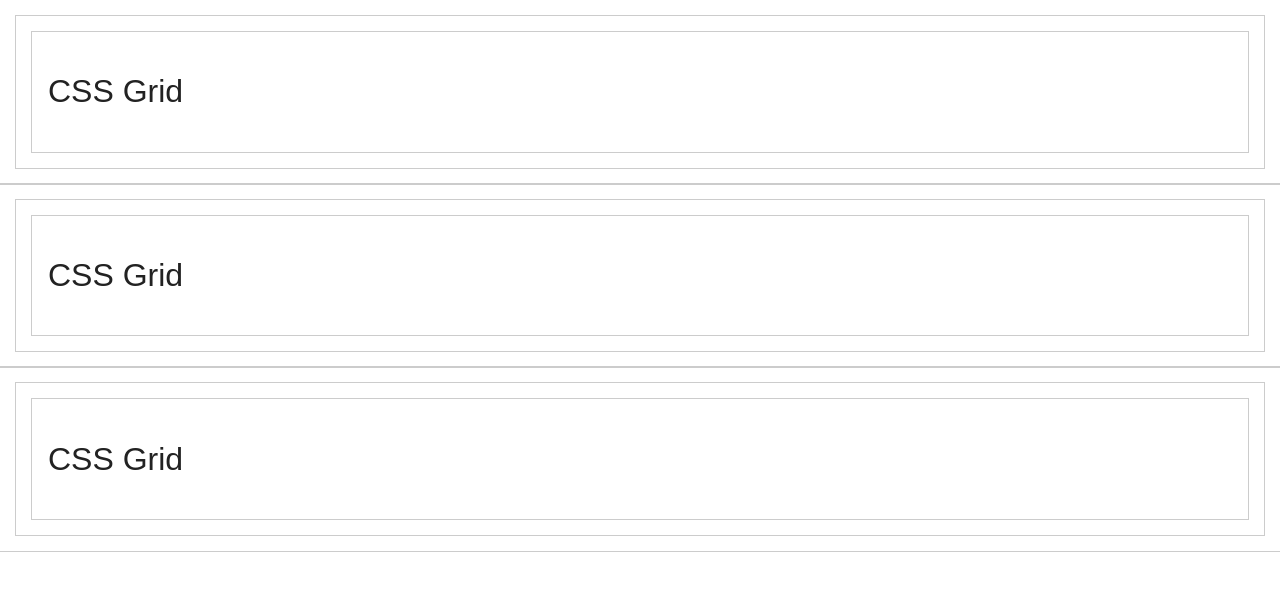
Repository: anoncoderin/madhu_kushal_html_layout
Page: metrosite_week4hw/index.html
These files come from the project's save history. The page is drawn as it stood at one moment and after a run of saves; the edit follows.
The browser window is 1280 px wide. The pictures show the whole page.

Above is the page before, as saved 2023-01-27 22:48:41.

### metrosite_week4hw/index.html
<!doctype html>
<html class="no-js" lang="EN">

<head>
  <meta charset="utf-8">
  <title>Metrolics</title>
  <meta name="description" content="Some demo test website">
  <meta name="viewport" content="width=device-width, initial-scale=1">

  <meta property="og:title" content="">
  <meta property="og:type" content="">
  <meta property="og:url" content="">
  <meta property="og:image" content="">

  <link rel="manifest" href="site.webmanifest">
  <link rel="apple-touch-icon" href="icon.png">
  <!-- Place favicon.ico in the root directory -->

  <link rel="stylesheet" href="css/normalize.css">
  <link rel="stylesheet" href="css/main.css">

  <meta name="theme-color" content="#fafafa">
</head>

<body>


  <script src="js/vendor/modernizr-3.11.2.min.js"></script>
  <script src="js/plugins.js"></script>
  <script src="js/main.js"></script>

  <!-- Google Analytics: change UA-XXXXX-Y to be your site's ID. -->
  <script>
    window.ga = function () { ga.q.push(arguments) }; ga.q = []; ga.l = +new Date;
    ga('create', 'UA-XXXXX-Y', 'auto'); ga('set', 'anonymizeIp', true); ga('set', 'transport', 'beacon'); ga('send', 'pageview')
  </script>
  <script src="https://www.google-analytics.com/analytics.js" async></script>

  <script src="js/vendor/modernizr-3.11.2.min.js"></script>
  <script src="js/plugins.js"></script>
  <script src="js/main.js"></script>

  <!-- Google Analytics: change UA-XXXXX-Y to be your site's ID. -->
  <script>
    window.ga = function () { ga.q.push(arguments) }; ga.q = []; ga.l = +new Date;
    ga('create', 'UA-XXXXX-Y', 'auto'); ga('set', 'anonymizeIp', true); ga('set', 'transport', 'beacon'); ga('send', 'pageview')
  </script>
  <script src="https://www.google-analytics.com/analytics.js" async></script>





  <header class="">
    <div class="">
      <div class="">
        <h1>CSS Grid</h1>
      </div>
    </div>

  </header>



  <section>

    <div class="">
      <div class="">
        <h1>CSS Grid</h1>
      </div>
    </div>


  </section>


  <footer>
    <div class="">
      <div class="">
        <h1>CSS Grid</h1>
      </div>
    </div>

  </footer>









</body>

</html>

### metrosite_week4hw/css/main.css
/*! HTML5 Boilerplate v8.0.0 | MIT License | https://html5boilerplate.com/ */

/* main.css 2.1.0 | MIT License | https://github.com/h5bp/main.css#readme */
/*
 * What follows is the result of much research on cross-browser styling.
 * Credit left inline and big thanks to Nicolas Gallagher, Jonathan Neal,
 * Kroc Camen, and the H5BP dev community and team.
 */

/* ==========================================================================
   Base styles: opinionated defaults
   ========================================================================== */

html {
  color: #222;
  font-size: 1em;
  line-height: 1.4;
}

/*
 * Remove text-shadow in selection highlight:
 * https://twitter.com/miketaylr/status/12228805301
 *
 * Vendor-prefixed and regular ::selection selectors cannot be combined:
 * https://stackoverflow.com/a/16982510/7133471
 *
 * Customize the background color to match your design.
 */

::-moz-selection {
  background: #b3d4fc;
  text-shadow: none;
}

::selection {
  background: #b3d4fc;
  text-shadow: none;
}

div,
main,
header,
section,
footer{
  outline: 1px solid #ccc;
  min-height: 1rem;
  padding: 1rem;
}

*,


h1,
h2,
h3,
h4,
h5,
h6 {
  font-family:Arial, Helvetica, sans-serif;
  font-weight: 300;
}

p{
  font-family:Arial, Helvetica, sans-serif;
}

/*
 * A better looking default horizontal rule
 */

hr {
  display: block;
  height: 1px;
  border: 0;
  border-top: 1px solid #ccc;
  margin: 1em 0;
  padding: 0;
}

/*
 * Remove the gap between audio, canvas, iframes,
 * images, videos and the bottom of their containers:
 * https://github.com/h5bp/html5-boilerplate/issues/440
 */

audio,
canvas,
iframe,
img,
svg,
video {
  vertical-align: middle;
}

/*
 * Remove default fieldset styles.
 */

fieldset {
  border: 0;
  margin: 0;
  padding: 0;
}

/*
 * Allow only vertical resizing of textareas.
 */

textarea {
  resize: vertical;
}

/* ==========================================================================
   Author's custom styles
   ========================================================================== */

/* ==========================================================================
   Helper classes
   ========================================================================== */

/*
 * Hide visually and from screen readers
 */

.hidden,
[hidden] {
  display: none !important;
}

/*
 * Hide only visually, but have it available for screen readers:
 * https://snook.ca/archives/html_and_css/hiding-content-for-accessibility
 *
 * 1. For long content, line feeds are not interpreted as spaces and small width
 *    causes content to wrap 1 word per line:
 *    https://medium.com/@jessebeach/beware-smushed-off-screen-accessible-text-5952a4c2cbfe
 */

.sr-only {
  border: 0;
  clip: rect(0, 0, 0, 0);
  height: 1px;
  margin: -1px;
  overflow: hidden;
  padding: 0;
  position: absolute;
  white-space: nowrap;
  width: 1px;
  /* 1 */
}

/*
 * Extends the .sr-only class to allow the element
 * to be focusable when navigated to via the keyboard:
 * https://www.drupal.org/node/897638
 */

.sr-only.focusable:active,
.sr-only.focusable:focus {
  clip: auto;
  height: auto;
  margin: 0;
  overflow: visible;
  position: static;
  white-space: inherit;
  width: auto;
}

/*
 * Hide visually and from screen readers, but maintain layout
 */

.invisible {
  visibility: hidden;
}

/*
 * Clearfix: contain floats
 *
 * For modern browsers
 * 1. The space content is one way to avoid an Opera bug when the
 *    `contenteditable` attribute is included anywhere else in the document.
 *    Otherwise it causes space to appear at the top and bottom of elements
 *    that receive the `clearfix` class.
 * 2. The use of `table` rather than `block` is only necessary if using
 *    `:before` to contain the top-margins of child elements.
 */

.clearfix::before,
.clearfix::after {
  content: " ";
  display: table;
}

.clearfix::after {
  clear: both;
}

/* ==========================================================================
   EXAMPLE Media Queries for Responsive Design.
   These examples override the primary ('mobile first') styles.
   Modify as content requires.
   ========================================================================== */

@media only screen and (min-width: 35em) {
  /* Style adjustments for viewports that meet the condition */
}

@media print,
  (-webkit-min-device-pixel-ratio: 1.25),
  (min-resolution: 1.25dppx),
  (min-resolution: 120dpi) {
  /* Style adjustments for high resolution devices */
}

/* ==========================================================================
   Print styles.
   Inlined to avoid the additional HTTP request:
   https://www.phpied.com/delay-loading-your-print-css/
   ========================================================================== */

@media print {
  *,
  *::before,
  *::after {
    background: #fff !important;
    color: #000 !important;
    /* Black prints faster */
    box-shadow: none !important;
    text-shadow: none !important;
  }

  a,
  a:visited {
    text-decoration: underline;
  }

  a[href]::after {
    content: " (" attr(href) ")";
  }

  abbr[title]::after {
    content: " (" attr(title) ")";
  }

  /*
   * Don't show links that are fragment identifiers,
   * or use the `javascript:` pseudo protocol
   */
  a[href^="#"]::after,
  a[href^="javascript:"]::after {
    content: "";
  }

  pre {
    white-space: pre-wrap !important;
  }

  pre,
  blockquote {
    border: 1px solid #999;
    page-break-inside: avoid;
  }

  /*
   * Printing Tables:
   * https://web.archive.org/web/20180815150934/http://css-discuss.incutio.com/wiki/Printing_Tables
   */
  thead {
    display: table-header-group;
  }

  tr,
  img {
    page-break-inside: avoid;
  }

  p,
  h2,
  h3 {
    orphans: 3;
    widows: 3;
  }

  h2,
  h3 {
    page-break-after: avoid;
  }
}

### metrosite_week4hw/js/plugins.js
// Avoid `console` errors in browsers that lack a console.
(function() {
  var method;
  var noop = function () {};
  var methods = [
    'assert', 'clear', 'count', 'debug', 'dir', 'dirxml', 'error',
    'exception', 'group', 'groupCollapsed', 'groupEnd', 'info', 'log',
    'markTimeline', 'profile', 'profileEnd', 'table', 'time', 'timeEnd',
    'timeline', 'timelineEnd', 'timeStamp', 'trace', 'warn'
  ];
  var length = methods.length;
  var console = (window.console = window.console || {});

  while (length--) {
    method = methods[length];

    // Only stub undefined methods.
    if (!console[method]) {
      console[method] = noop;
    }
  }
}());

// Place any jQuery/helper plugins in here.

Loaded but not shown: metrosite_week4hw/css/normalize.css (library); metrosite_week4hw/js/vendor/modernizr-3.11.2.min.js (library); metrosite_week4hw/js/main.js (no stored copy; drawn as an empty file)

After the next 4 saves:
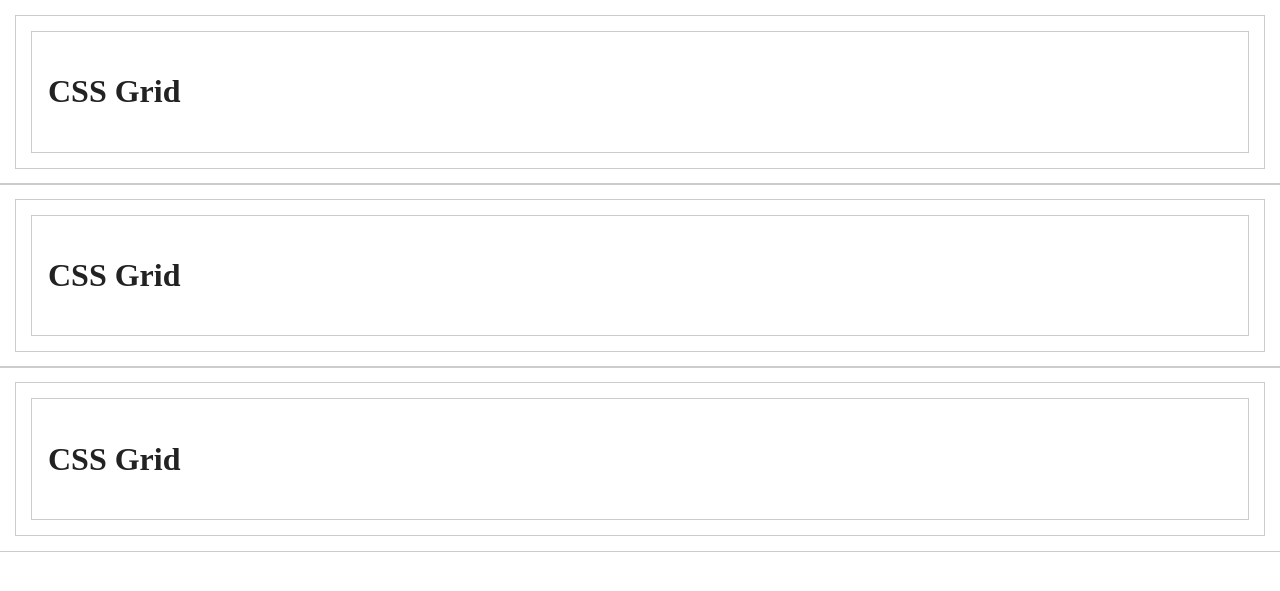
The 4 saves are shown as one change because they came seconds apart.
The last was saved 36 s later.
--- a/metrosite_week4hw/css/main.css
+++ b/metrosite_week4hw/css/main.css
@@ -48,6 +48,7 @@
 }
 
 *,
+*::before;
 
 
 h1,

After the 6 saves that followed:
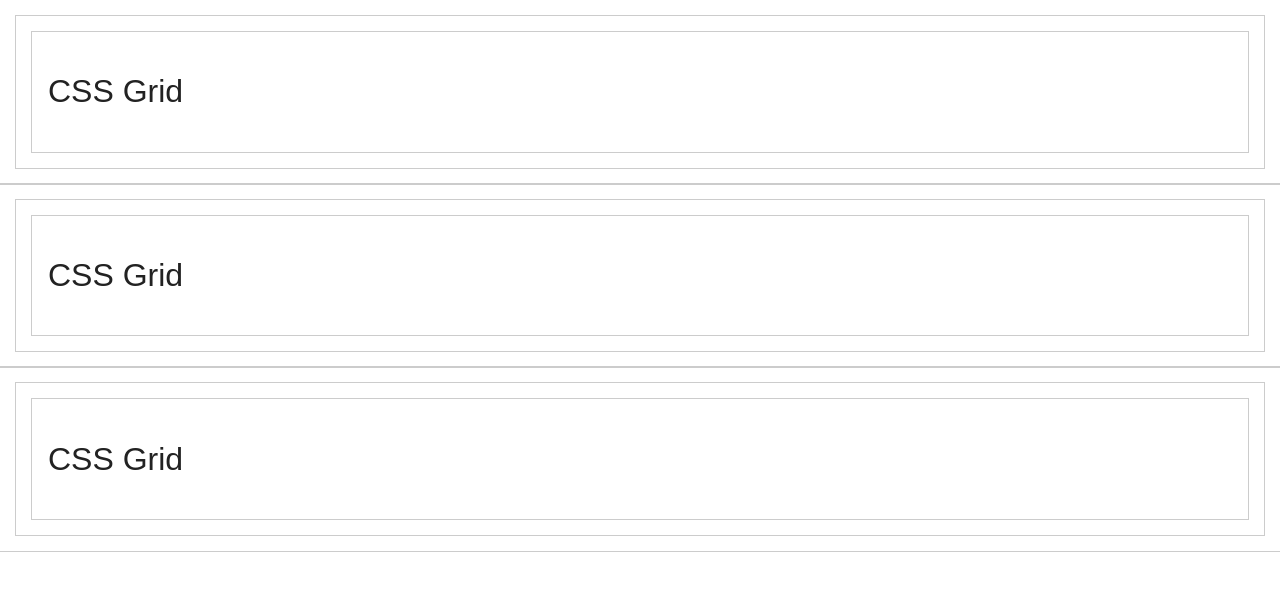
The 6 saves are shown as one change because 1 left the picture as it was and some came seconds apart.
The last was saved 24 s later.
--- a/metrosite_week4hw/css/main.css
+++ b/metrosite_week4hw/css/main.css
@@ -48,7 +48,10 @@
 }
 
 *,
-*::before;
+*:before,
+*:after{
+
+}
 
 
 h1,
